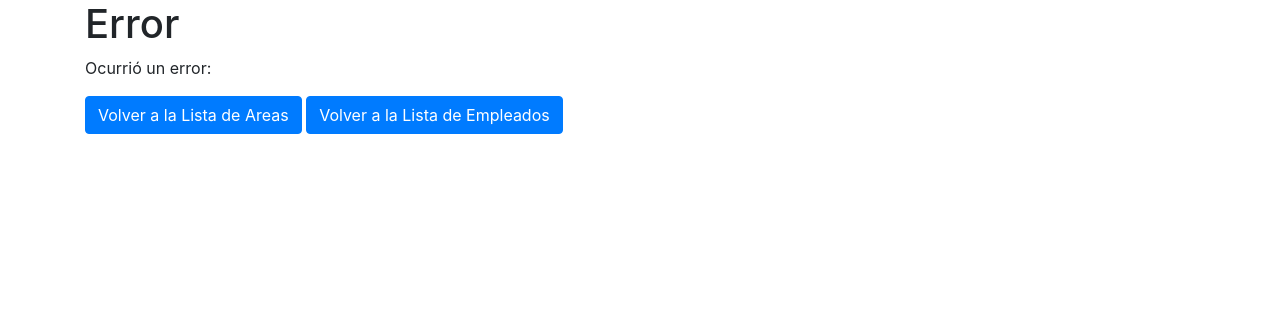
Repository: MauricioEsparron/LP2_T2_RamirezEsparonMauricio
Page: http://localhost/error
An editor plug-in stored every save of this project. The page is shown before and after the next save, followed by the edit.
The browser window is 1280 px wide. The pictures show the whole page.
The page is this project's Thymeleaf template; nobody is signed in. The template is opened directly, without the code that normally fills it, so the values that code supplies are empty.

Above is the page before, as saved 2024-10-13 06:34:03.

### LP2_T2_RamirezEsparronMauricio/src/main/resources/templates/error.html
<!DOCTYPE html>
<html xmlns:th="http://www.thymeleaf.org">
<head>
    <meta charset="UTF-8">
    <title>Error</title>
    <link rel="stylesheet" href="https://stackpath.bootstrapcdn.com/bootstrap/4.5.2/css/bootstrap.min.css">
</head>
<body>
    <div class="container">
        <h1>Error</h1>
        <p>Ocurrió un error: <span th:text="${errorMessage}"></span></p>
        <a href="/area/" class="btn btn-primary">Volver a la Lista de Areas</a>
		<a href="/empleado/" class="btn btn-primary">Volver a la Lista de Empleados</a>

    </div>
</body>
</html>

After the next save:
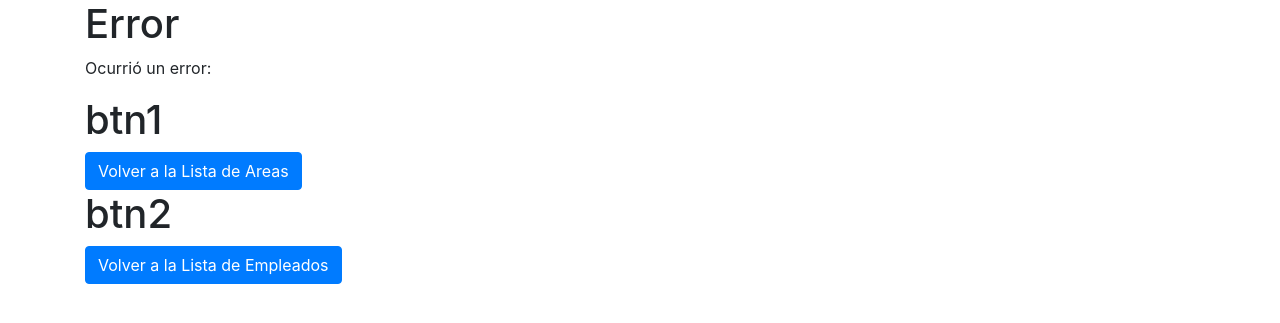
Saved 111 s later.
--- a/LP2_T2_RamirezEsparronMauricio/src/main/resources/templates/error.html
+++ b/LP2_T2_RamirezEsparronMauricio/src/main/resources/templates/error.html
@@ -9,7 +9,11 @@
     <div class="container">
         <h1>Error</h1>
         <p>Ocurrió un error: <span th:text="${errorMessage}"></span></p>
-        <a href="/area/" class="btn btn-primary">Volver a la Lista de Areas</a>
+		<h1>btn1</h1>
+
+		<a href="/area/" class="btn btn-primary">Volver a la Lista de Areas</a>
+		<h1>btn2</h1>
+
 		<a href="/empleado/" class="btn btn-primary">Volver a la Lista de Empleados</a>
 
     </div>
